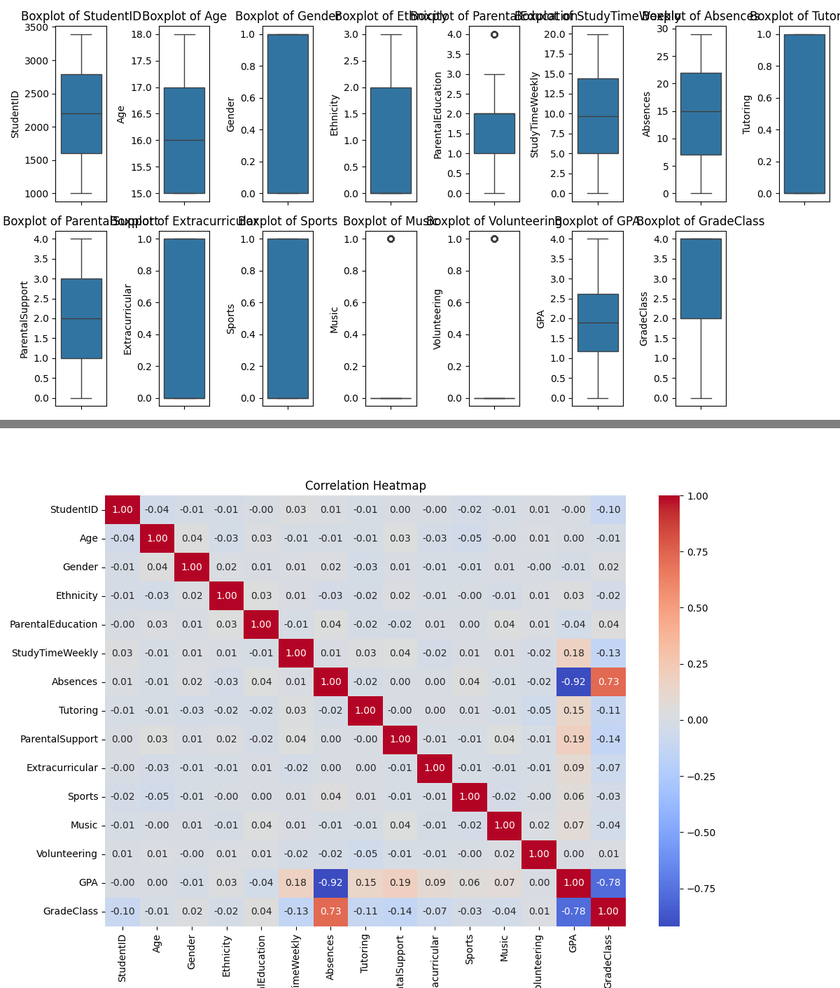
Repository: sjetti5555/GenAi
Script's output: python Training/AllDomains/fitness.py
An editor plug-in stored every save of this project. The script's output is shown before and after the next save, followed by the edit.
The pictures show rows 0 to 2080 of an output 1412 px tall, at 70% of full size.
Each picture stacks the figures in order, with grey between them; figures that are only written to a file come last. Random numbers start from a fixed seed.

Above is the script's output before, as saved 2024-10-24 20:16:02.

After the next save:
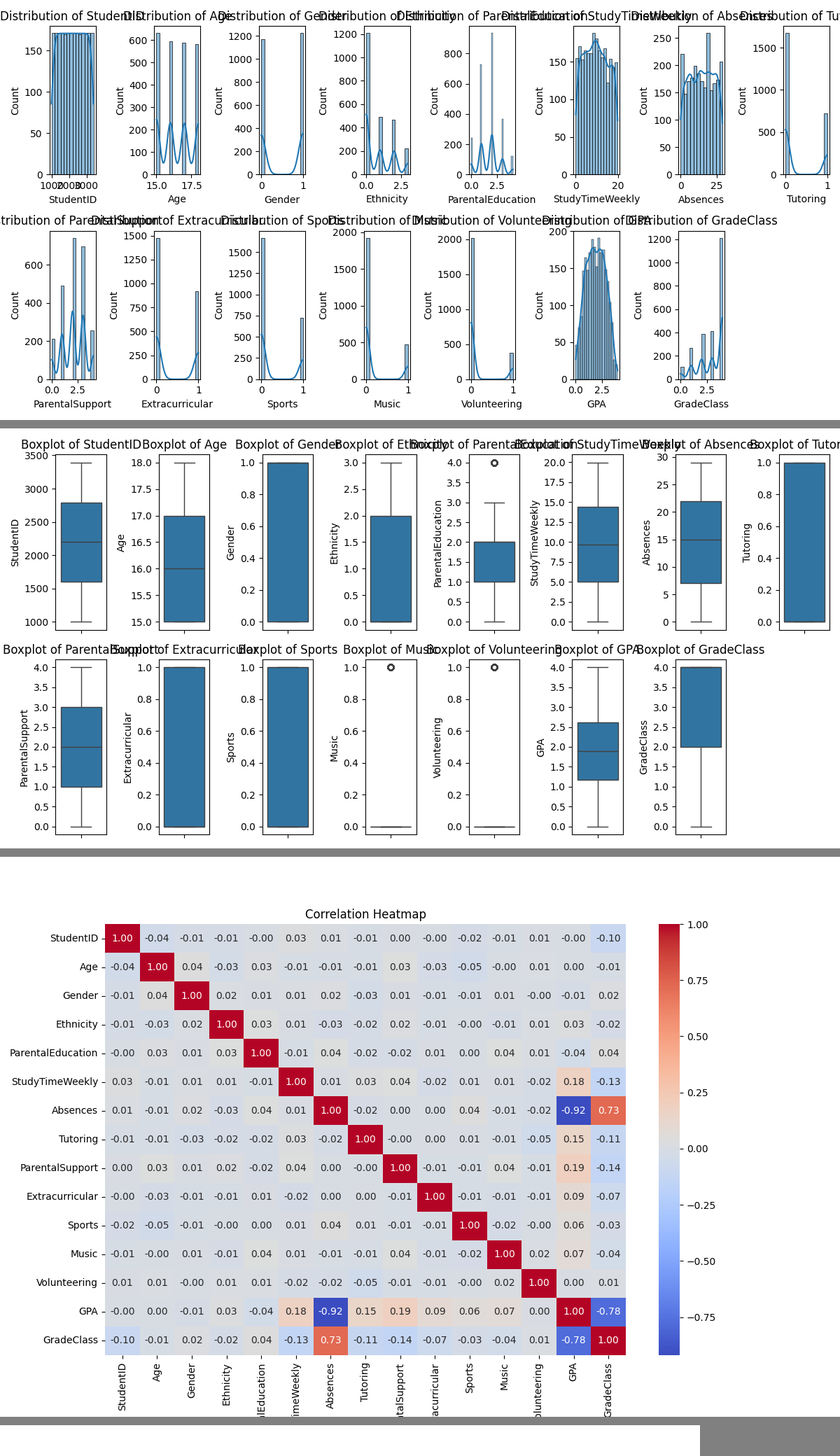
Saved 7 min 29 s later.
--- a/Training/AllDomains/fitness.py
+++ b/Training/AllDomains/fitness.py
@@ -1,6 +1,10 @@
 import pandas as pd
 import matplotlib.pyplot as plt
 import seaborn as sns
+from sklearn.model_selection import train_test_split
+from sklearn.ensemble import RandomForestRegressor
+from sklearn.metrics import mean_squared_error, r2_score
+import numpy as np
 
 # Load the dataset
 file_path = r'C:\Users\srira\OneDrive\Desktop\Gen_AI\Training\AllDomains\Student_performance_data _.csv' # Update this path
@@ -18,30 +22,76 @@ print(data.describe())
 print("\nMissing values in each column:")
 print(data.isnull().sum())
 
-# Convert date columns to datetime if necessary
-# Replace 'date_column_name' with the actual name of your date column
-if 'date_column_name' in data.columns:
-    data['date_column_name'] = pd.to_datetime(data['date_column_name'], errors='coerce')
-
-# Drop non-numeric columns for correlation analysis
+# Visualize distributions of numeric features
 numeric_data = data.select_dtypes(include=['number'])
+plt.figure(figsize=(12, 6))
+for i, column in enumerate(numeric_data.columns):
+    plt.subplot(2, (len(numeric_data.columns) + 1) // 2, i + 1)
+    sns.histplot(data[column], kde=True)
+    plt.title(f'Distribution of {column}')
+plt.tight_layout()
+plt.show()
 
 # Draw boxplots for outliers
 plt.figure(figsize=(12, 6))
-for i, column in enumerate(numeric_data.columns):  # Use numeric_data.columns here
-    plt.subplot(2, (len(numeric_data.columns) + 1) // 2, i + 1)  # Create subplots
-    sns.boxplot(y=numeric_data[column])  # Use numeric_data[column] for boxplot
+for i, column in enumerate(numeric_data.columns):
+    plt.subplot(2, (len(numeric_data.columns) + 1) // 2, i + 1)
+    sns.boxplot(y=numeric_data[column])
     plt.title(f'Boxplot of {column}')
-    plt.ylabel(column)
-
 plt.tight_layout()
 plt.show()
 
-# Calculate the correlation matrix
+# Correlation heatmap
 correlation_matrix = numeric_data.corr()
-
-# Visualize the correlation matrix
 plt.figure(figsize=(12, 8))
 sns.heatmap(correlation_matrix, annot=True, fmt=".2f", cmap='coolwarm')
 plt.title('Correlation Heatmap')
 plt.show()
+
+# Data Preprocessing
+# Handle missing values (example: fill with mean)
+data.fillna(data.mean(), inplace=True)
+
+# Encode categorical variables if any
+data = pd.get_dummies(data, drop_first=True)
+
+# Define features and target variable
+X = data.drop('GPA', axis=1)  # Replace 'target_column' with the actual target variable name
+y = data['GPA']  # Replace 'target_column' with the actual target variable name
+
+# Split the data into training and testing sets
+X_train, X_test, y_train, y_test = train_test_split(X, y, test_size=0.2, random_state=42)
+
+# Train a Random Forest model
+model = RandomForestRegressor(random_state=42)
+model.fit(X_train, y_train)
+
+# Make predictions
+y_pred = model.predict(X_test)
+
+# Evaluate the model
+mse = mean_squared_error(y_test, y_pred)
+r2 = r2_score(y_test, y_pred)
+print(f'Mean Squared Error: {mse}')
+print(f'R^2 Score: {r2}')
+
+# Visualize Actual vs Predicted
+plt.figure(figsize=(10, 6))
+plt.scatter(y_test, y_pred)
+plt.plot([y.min(), y.max()], [y.min(), y.max()], 'r--')  # Line for perfect predictions
+plt.xlabel('Actual')
+plt.ylabel('Predicted')
+plt.title('Actual vs Predicted')
+plt.show()
+
+# Feature Importance
+importances = model.feature_importances_
+indices = np.argsort(importances)[::-1]
+
+# Visualize feature importance
+plt.figure(figsize=(12, 6))
+plt.title('Feature Importances')
+plt.bar(range(X.shape[1]), importances[indices], align='center')
+plt.xticks(range(X.shape[1]), X.columns[indices], rotation=90)
+plt.xlim([-1, X.shape[1]])
+plt.show()
